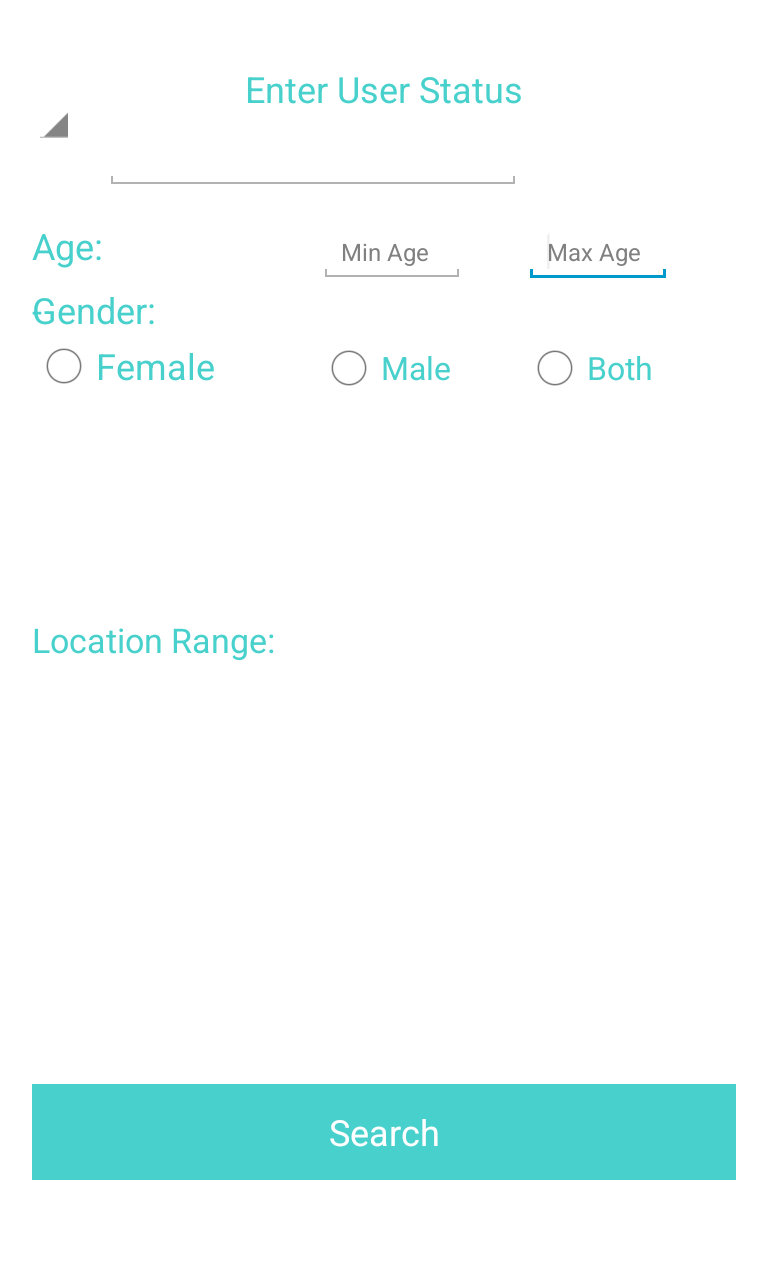
Repository: COMP231-S63G1/COMP231-S63G1
Layout: Wanna/res/layout/activity_search_user_filtration.xml
An editor plug-in stored every save of this project. The layout is shown before and after the next save, followed by the edit.
It is drawn on a 768 x 1280 px phone screen (xhdpi) without system bars, with theme AppTheme; the app's code is not run.

Above is the layout before, as saved 2014-11-27 17:29:21.

### Wanna/res/layout/activity_search_user_filtration.xml
<RelativeLayout xmlns:android="http://schemas.android.com/apk/res/android"
    xmlns:tools="http://schemas.android.com/tools"
    android:layout_width="match_parent"
    android:layout_height="match_parent"
    android:paddingBottom="@dimen/activity_vertical_margin"
    android:paddingLeft="@dimen/activity_horizontal_margin"
    android:paddingRight="@dimen/activity_horizontal_margin"
    android:paddingTop="@dimen/activity_vertical_margin"
    tools:context="com.example.wanna.SearchByStatus" >

    <TextView
        android:id="@+id/tvSearchUserStatus"
        android:layout_width="wrap_content"
        android:layout_height="wrap_content"
        android:layout_alignParentTop="true"
        android:layout_centerHorizontal="true"
        android:layout_marginTop="16dp"
        android:text="Enter User Status"
        android:textColor="#48D1CC"
        android:textSize="18sp" />

    <Button
        android:id="@+id/btnSearch"
        android:layout_width="fill_parent"
        android:layout_height="wrap_content"
        android:layout_alignParentBottom="true"
        android:layout_centerHorizontal="true"
        android:layout_marginBottom="34dp"
        android:background="#48D1CC"
        android:onClick="onSearchClick"
        android:text="Search"
        android:textColor="#ffffff" />

    <TextView
        android:id="@+id/tvAge"
        android:layout_width="wrap_content"
        android:layout_height="wrap_content"
        android:layout_alignLeft="@+id/btnSearch"
        android:layout_below="@+id/tvSearchUserStatus"
        android:layout_marginTop="54dp"
        android:text="Age:"
        android:textColor="#48D1CC"
        android:textSize="18sp" />

    <TextView
        android:id="@+id/tvdash"
        android:layout_width="wrap_content"
        android:layout_height="wrap_content"
        android:layout_alignLeft="@+id/btnSearch"
        android:layout_below="@+id/etMinAge"
        android:text="-"
        android:textColor="#48D1CC"
        android:textSize="18sp" />

    <TextView
        android:id="@+id/tvGender"
        android:layout_width="wrap_content"
        android:layout_height="wrap_content"
        android:layout_alignLeft="@+id/btnSearch"
        android:layout_below="@+id/etMaxAge"
        android:text="Gender:"
        android:textColor="#48D1CC"
        android:textSize="18sp" />

    <RadioGroup
        android:id="@+id/rgFilterGender"
        android:layout_width="wrap_content"
        android:layout_height="wrap_content"
        android:layout_alignLeft="@+id/btnSearch"
        android:layout_below="@+id/textView1"
        android:orientation="vertical" >
    </RadioGroup>

    <EditText
        android:id="@+id/etStatus"
        android:layout_width="wrap_content"
        android:layout_height="wrap_content"
        android:layout_below="@+id/tvSearchUserStatus"
        android:layout_toRightOf="@+id/tvAge"
        android:ems="10"
        android:inputType="text" />

    <EditText
        android:id="@+id/etMaxAge"
        android:layout_width="75sp"
        android:layout_height="wrap_content"
        android:layout_above="@+id/tvdash"
        android:layout_toRightOf="@+id/tvSearchUserStatus"
        android:ems="10"
        android:hint="Max Age"
        android:inputType="number"
        android:textSize="12sp" >

        <requestFocus />
    </EditText>

    <RadioButton
        android:id="@+id/rbtnFemale"
        android:layout_width="wrap_content"
        android:layout_height="wrap_content"
        android:layout_alignLeft="@+id/btnSearch"
        android:layout_below="@+id/tvdash"
        android:text="Female"
        android:textColor="#48D1CC"
        android:textSize="18sp" />

    <RadioButton
        android:id="@+id/radioButton1"
        android:layout_width="wrap_content"
        android:layout_height="wrap_content"
        android:layout_alignBaseline="@+id/rbtnFemale"
        android:layout_alignBottom="@+id/rbtnFemale"
        android:layout_centerHorizontal="true"
        android:text="Male"
        android:textColor="#48D1CC" />

    <RadioButton
        android:id="@+id/radioButton2"
        android:layout_width="wrap_content"
        android:layout_height="wrap_content"
        android:layout_alignBaseline="@+id/radioButton1"
        android:layout_alignBottom="@+id/radioButton1"
        android:layout_toRightOf="@+id/tvSearchUserStatus"
        android:text="Both"
        android:textColor="#48D1CC" />

    <TextView
        android:id="@+id/textView1"
        android:layout_width="wrap_content"
        android:layout_height="wrap_content"
        android:layout_alignLeft="@+id/rgFilterGender"
        android:layout_centerVertical="true"
        android:text="Location Range:"
        android:textColor="#48D1CC"
        android:textSize="17sp" />

    <EditText
        android:id="@+id/etMinAge"
        android:layout_width="75sp"
        android:layout_height="wrap_content"
        android:layout_alignLeft="@+id/radioButton1"
        android:layout_alignTop="@+id/tvAge"
        android:ems="10"
        android:hint="Min Age"
        android:inputType="number"
        android:textSize="12sp" />
     <Spinner
        android:id="@+id/locationRange"
        android:layout_width="wrap_content"
        android:layout_height="wrap_content"
        android:layout_marginBottom="10dp"
        android:layout_marginTop="25dp"
        />

</RelativeLayout>

Loaded but not shown: Wanna/res/values/styles.xml (common file); Wanna/res/values-v11/styles.xml (common file); Wanna/res/values-v14/styles.xml (common file); Wanna/res/values/dimens.xml (common file); Wanna/res/values-w820dp/dimens.xml (common file)

After the next save:
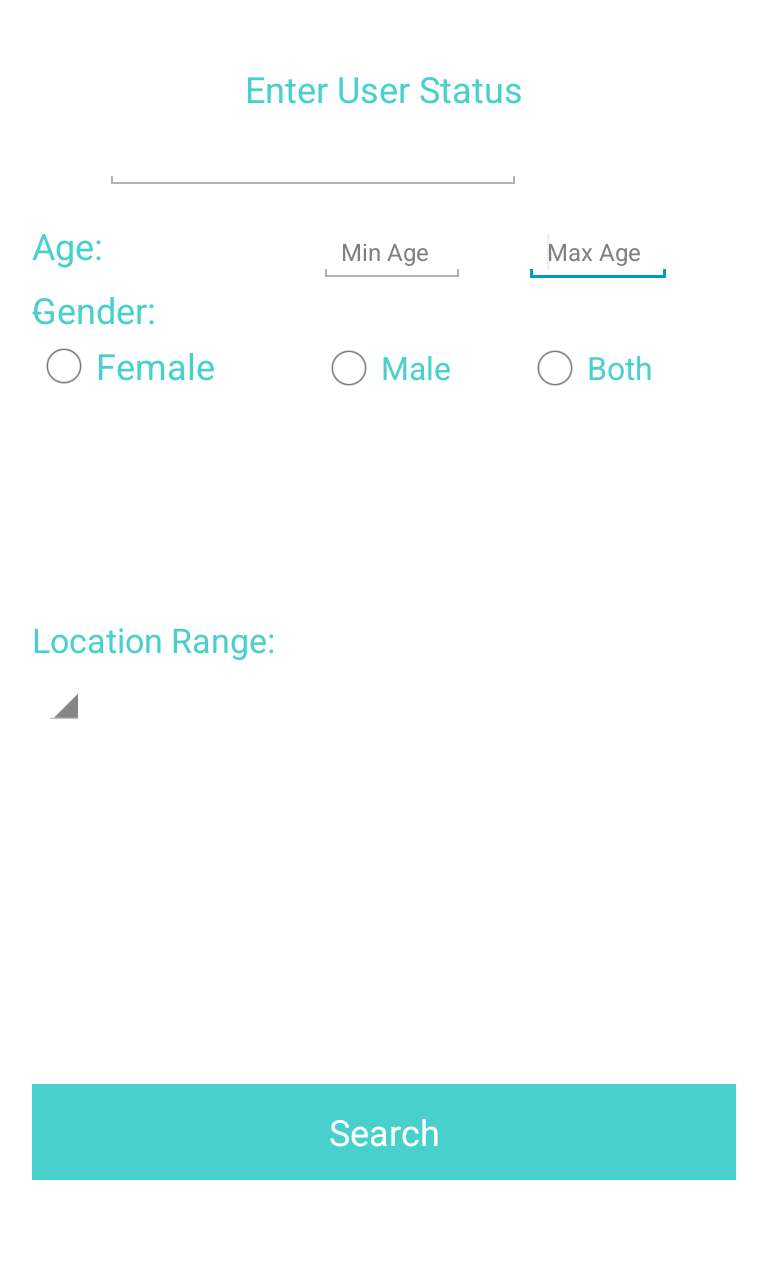
Saved 10 s later.
--- a/Wanna/res/layout/activity_search_user_filtration.xml
+++ b/Wanna/res/layout/activity_search_user_filtration.xml
@@ -144,12 +144,12 @@
         android:hint="Min Age"
         android:inputType="number"
         android:textSize="12sp" />
+
      <Spinner
-        android:id="@+id/locationRange"
-        android:layout_width="wrap_content"
-        android:layout_height="wrap_content"
-        android:layout_marginBottom="10dp"
-        android:layout_marginTop="25dp"
-        />
+         android:id="@+id/locationRange"
+         android:layout_width="wrap_content"
+         android:layout_height="wrap_content"
+         android:layout_alignTop="@+id/rgFilterGender"
+         android:layout_toRightOf="@+id/tvdash" />
 
 </RelativeLayout>
